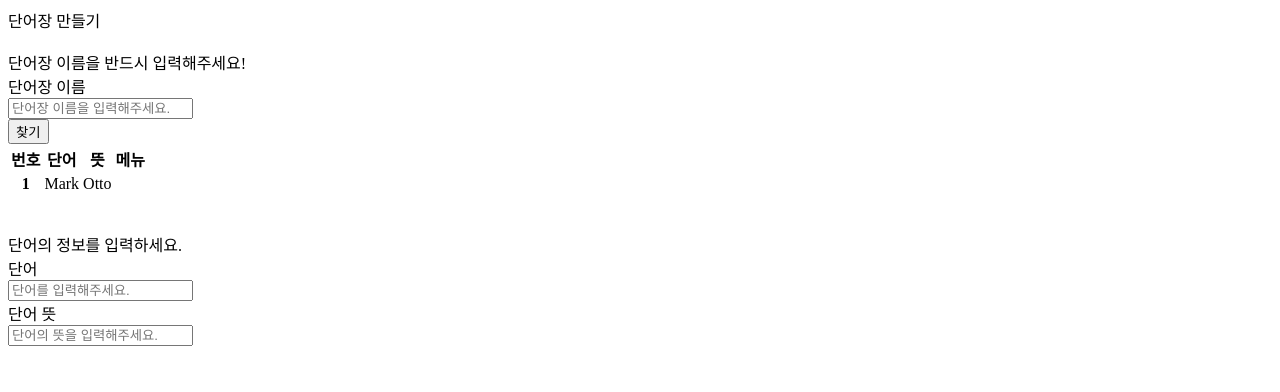
Repository: Pastelkun99/remembrance
Page: http://localhost/ProjectRemembrance/WEB-INF/views/menu_pages/11_makeWordCard.jsp
The author's editor kept a copy of each file at every save. The page is drawn from the files as they stood at one save, then again after the next save.
The browser window is 1280 px wide. The pictures show the whole page.
The page is served by Tomcat 9. Nobody is signed in. Other server files are loaded and not shown. The template is opened directly, without the code that normally fills it, so the values that code supplies are empty.

Above is the page before, as saved 2019-08-27 13:34:29.

### ProjectRemembrance/src/main/webapp/WEB-INF/views/menu_pages/11_makeWordCard.jsp
<%@ page language="java" contentType="text/html; charset=UTF-8"
	pageEncoding="UTF-8"%>
<%@ taglib uri="http://java.sun.com/jsp/jstl/core" prefix="c"%>
<%@ taglib uri="http://www.springframework.org/tags/form" prefix="form"%>

<div class="container">
	<div class="alert alert-success" role="alert">단어장 만들기</div>
	<br /> <label for="basic-url">단어장 이름을 반드시 입력해주세요!</label>
	<div class="input-group mb-3">
		<div class="input-group-prepend">
			<span class="input-group-text" id="basic-addon1">단어장 이름</span>
		</div>
		<input type="text" class="form-control" id="q_name"
			placeholder="단어장 이름을 입력해주세요." required="required"> </br>
			<button type="button" class="btn btn-primary">찾기</button>
	</div>
	<table class="table">
		<thead class="thead-light">
			<tr>
				<th scope="col">번호</th>
				<th scope="col">단어</th>
				<th scope="col">뜻</th>
				<th scope="col">메뉴</th>
			</tr>
		</thead>
		<tbody>
			<tr>
				<th scope="row">1</th>
				<td>Mark</td>
				<td>Otto</td>
			</tr>
		</tbody>
	</table>

</div>



</br>
</br>
<div class="container" align="left">
	<label for="basic-url"> 단어의 정보를 입력하세요.</label>
	<div class="row">
		<div class="col">
			<div class="input-group mb-3">
				<div class="input-group-prepend">
					<span class="input-group-text" id="basic-addon1">단어</span>
				</div>
				<input type="text" class="form-control" id="q_front"
					placeholder="단어를 입력해주세요." required="required">
			</div>

		</div>
		<div class="col">
			<div class="input-group mb-3">
				<div class="input-group-prepend">
					<span class="input-group-text" id="basic-addon3">단어 뜻</span>
				</div>
				<input type="text" class="form-control" id="q_back"
					placeholder="단어의 뜻을 입력해주세요." required="required">
			</div>

		</div>
	</div>
</div>

After the next save:
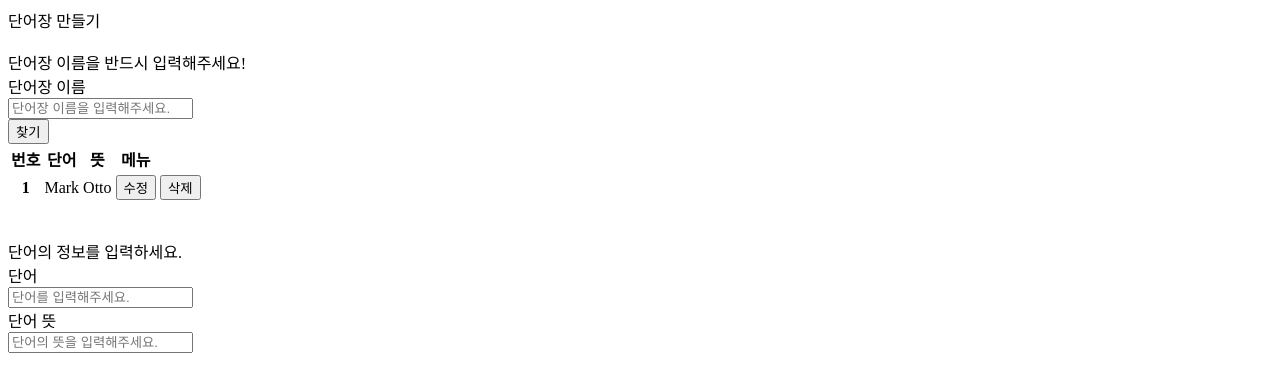
Saved 44 s later.
--- a/ProjectRemembrance/src/main/webapp/WEB-INF/views/menu_pages/11_makeWordCard.jsp
+++ b/ProjectRemembrance/src/main/webapp/WEB-INF/views/menu_pages/11_makeWordCard.jsp
@@ -28,6 +28,8 @@
 				<th scope="row">1</th>
 				<td>Mark</td>
 				<td>Otto</td>
+				<td><button type="button" class="btn btn-success">수정</button></td>
+				<td><button type="button" class="btn btn-danger">삭제</button></td>
 			</tr>
 		</tbody>
 	</table>
